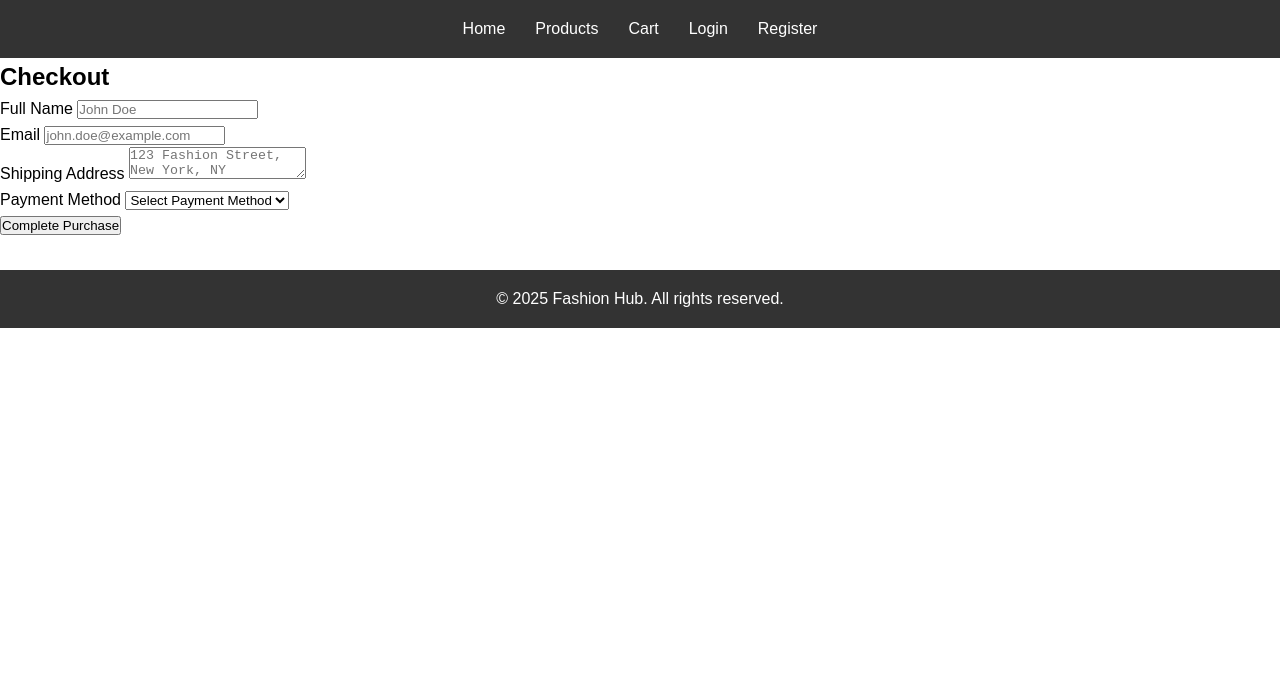
Repository: Patience225/ecommerce-app
Page: checkout.html
An editor plug-in stored every save of this project. The page is shown before and after the next save, followed by the edit.
The browser window is 1280 px wide. The pictures show the whole page.

Above is the page before, as saved 2025-01-30 09:52:12.

After the next save:
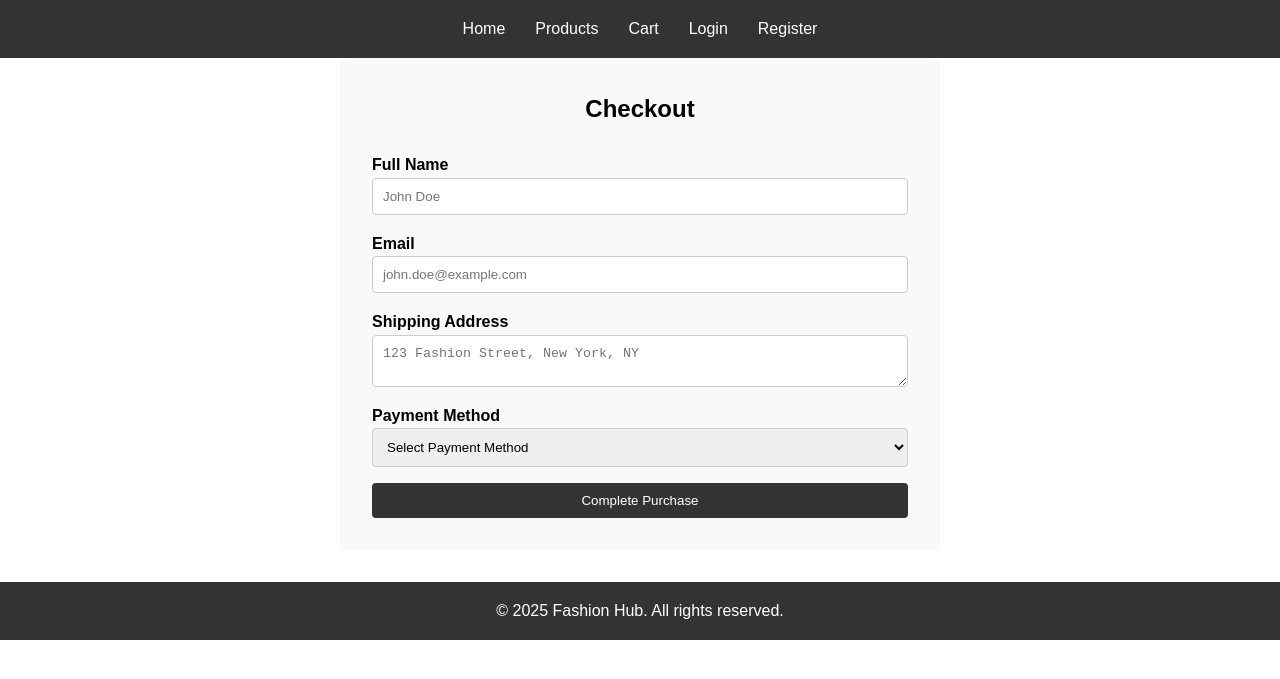
Saved 35 s later.
--- a/css/style.css
+++ b/css/style.css
@@ -109,3 +109,51 @@ footer {
 #checkout-btn:hover {
   background-color: #555;
 }
+
+.checkout {
+  padding: 2em;
+  max-width: 600px;
+  margin: 0 auto;
+  background-color: #f9f9f9;
+  border-radius: 8px;
+}
+
+.checkout h1 {
+  text-align: center;
+  margin-bottom: 1em;
+}
+
+form {
+  display: flex;
+  flex-direction: column;
+  gap: 1em;
+}
+
+.form-group {
+  display: flex;
+  flex-direction: column;
+}
+
+label {
+  font-weight: bold;
+}
+
+input, textarea, select {
+  padding: 0.75em;
+  border: 1px solid #ccc;
+  border-radius: 4px;
+}
+
+button[type="submit"] {
+  padding: 0.75em;
+  background-color: #333;
+  color: white;
+  border: none;
+  cursor: pointer;
+  border-radius: 4px;
+  text-align: center;
+}
+
+button[type="submit"]:hover {
+  background-color: #555;
+}
